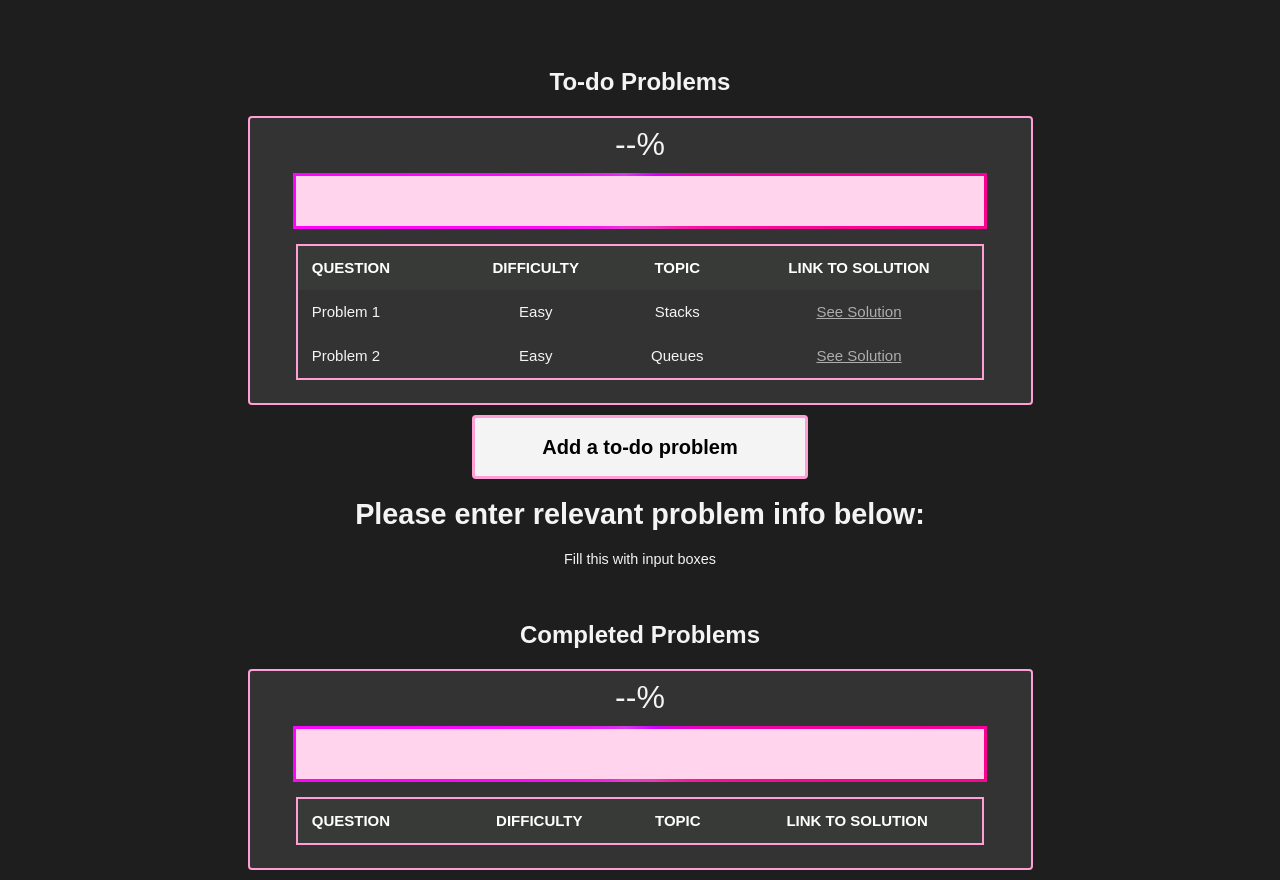
Repository: bbrockbrown/leet-code-tracker
Page: index.html
The author's editor kept a copy of each file at every save. The page is drawn from the files as they stood at one save, then again after the next save.
The browser window is 1280 px wide. The pictures show the whole page.

Above is the page before, as saved 2024-08-02 10:19:04.

### index.html
<!DOCTYPE html>
<html lang="en">
<head>
    <meta charset="UTF-8">
    <meta name="viewport" content="width=device-width, initial-scale=1.0">
    <link rel="stylesheet" href="styles.css">
    <script>src="script.js"</script>
    <title>Document</title>
</head>
<body>
    <div class="main">
        <h1 id="header">Leet Code Problem Tracker</h1>
    </div>

    <div class="tracking-container">
        <div class="tracking-box">
            <h2 class="tracking-title">To-do Problems</h2>
            <div class="todo-tracking">
                <div class="todo-percent">--%</div>
                <div class="progressbar" id="todo-bar"> <!--% Container for progressbar --> </div>
                <table>
                    <tbody>
                        <tr>
                            <th>Question</th>
                            <th>Difficulty</th>
                            <th>Topic</th>
                            <th>Link to Solution</th>
                        </tr>
                        <tr>
                            <td>Problem 1</td>
                            <td class="easy-prob">Easy</td>
                            <td class="topic">Stacks</td>
                            <td class="solution"><a href="">See Solution</a></td>
                        </tr>
                        <tr>
                            <td>Problem 2</td>
                            <td class="easy-prob">Easy</td>
                            <td class="topic">Queues</td>
                            <td class="solution"><a href="">See Solution</a></td>
                        </tr>
                    </tbody>
                </table>
            </div>
            <button id="add-problem-button"><h2>Add a to-do problem</h2></button>
            <div class="popup" id="add-todo-problem">
                <div class="popup-content">
                    <h1>Please enter relevant problem info below:</h1>
                    <p>Fill this with input boxes</p>
                </div>
            </div>
        </div>

        <div class="tracking-box">
            <h2 class="tracking-title">Completed Problems</h2>
            <div class="completed-tracking">
                <div class="completed-percent">--%</div>
                <div class="progressbar" id="completed-bar"> <!--% Container for progressbar --> </div>
                <table>
                    <tbody>
                        <tr>
                            <th>Question</th>
                            <th>Difficulty</th>
                            <th>Topic</th>
                            <th>Link to Solution</th>
                        </tr>
                        <!-- Completed problems rows go here -->
                    </tbody>
                </table>
            </div>
        </div>
    </div>

    <div class="footer">
        <!-- Placeholder!!! -->
    </div>
</body>
</html>

### styles.css
:root {
    --tracking-border-color: rgb(255, 159, 213);
}

@keyframes rotate {
	to {
		--angle: 360deg;
	}
}

@property --angle {
  syntax: '<angle>';
  initial-value: 0deg;
  inherits: false;
}

html, body {
    height: 100%;
    display: flex;
    flex-direction: column;
  }

head {
    display: none;
}

body {
    font-family: Arial, sans-serif;
    background: #1e1e1e;
    margin: 0;
    padding: 0;
    color: #f4f4f4;
    overflow: hidden;
    font-size: 90%;
}

.main {
    text-align: center;
    padding: 24px;
    overflow: hidden;
}

#header {
    font-size: 48px;
    overflow: hidden;
}

.tracking-titles {
    display: flex;
    padding: 8px;
    justify-content: space-around;
}

.tracking-container {
    display: flex;
    flex-flow: row wrap;
    align-items: flex-start;
    justify-content: space-evenly;
    height: 100%;
}

.tracking-box {
    display: flex;
    flex-flow: column nowrap;
    align-items: center;
    text-align: center;
    margin-bottom: 20px;
}

.tracking-title {
    font-size: 24px;
    margin-bottom: 10px;
    color: #f4f4f4;
}

.todo-tracking, .completed-tracking {
    border: 2px solid var(--tracking-border-color);
    border-radius: 4px;
    font-size: 32px;
    text-align: center;
    box-shadow: 8px rgb(255, 159, 213, 0.8);
    height: 100%;
    width: 1000px;
    padding: 8px;
    background-color: #333;
    margin: 10px auto;
    display: inline-block;
    max-width: 75%;
    max-height: 85%;
    overflow-y: auto;
    color: #f4f4f4;
}

.todo-tracking:hover, .completed-tracking:hover {
    filter: brightness(85%);
}

/* progress bar fills more as more complete */
.progressbar {
    width: 90%;
    height: 50px;
    border-radius: 8px;
    background-color: rgb(255, 212, 236);
    margin: 10px auto;
    --angle: 0deg;
    /* FOR FUTURE: make it so user can change border gradient */
    --very-pink: rgb(249, 0, 141);
    --pink: rgb(233, 58, 183);
    --pinkish-purple: rgb(233, 58, 210);
    --magenta: magenta;
    --purple: rgb(213, 58, 233);
    --very-purple: rgb(212, 0, 255);
	border: 3px solid;
	border-image: conic-gradient(from var(--angle), var(--very-pink), var(--pink), var(--pinkish-purple), var(--magenta), var(--purple), var(--very-purple), var(--very-pink)) 1;
	animation: 4s rotate linear infinite;
}

table {
    width: 90%;
    display: table;
    margin: 15px auto;
    border-collapse: collapse;
    transition: box-shadow 0.3s ease-in-out;
    border: 2px solid var(--tracking-border-color);
    border-radius: 10px;
    box-shadow: #1e1e1e;
}

tbody {
    display: table-row-group;
    vertical-align: middle;
    unicode-bidi: isolate;
    border-color: inherit;
    font-size: 15px;
}

tr {
    display: table-row;
    vertical-align: inherit;
    unicode-bidi: isolate;
    border-color: inherit;
}

th {
    color: white;
    text-transform: uppercase;
    background-color: #373a37;
}

th:first-child, td:first-child {
    text-align: left;
}

th, td {
    padding: 8px 14px;
    transition: background-color 0.5s;
    height: 28px;
    border: 0px;
    white-space: nowrap;
}

a {
    text-decoration:underline;
    color: inherit;
}

a:visited {
    color: rgb(173, 173, 173);
}

button {
    border: 3px solid var(--tracking-border-color);
    border-radius: 4px;
    background-color: #f4f4f4;
}

#add-problem-button {
    width: 33%;
    height: auto;
}

After the next save:
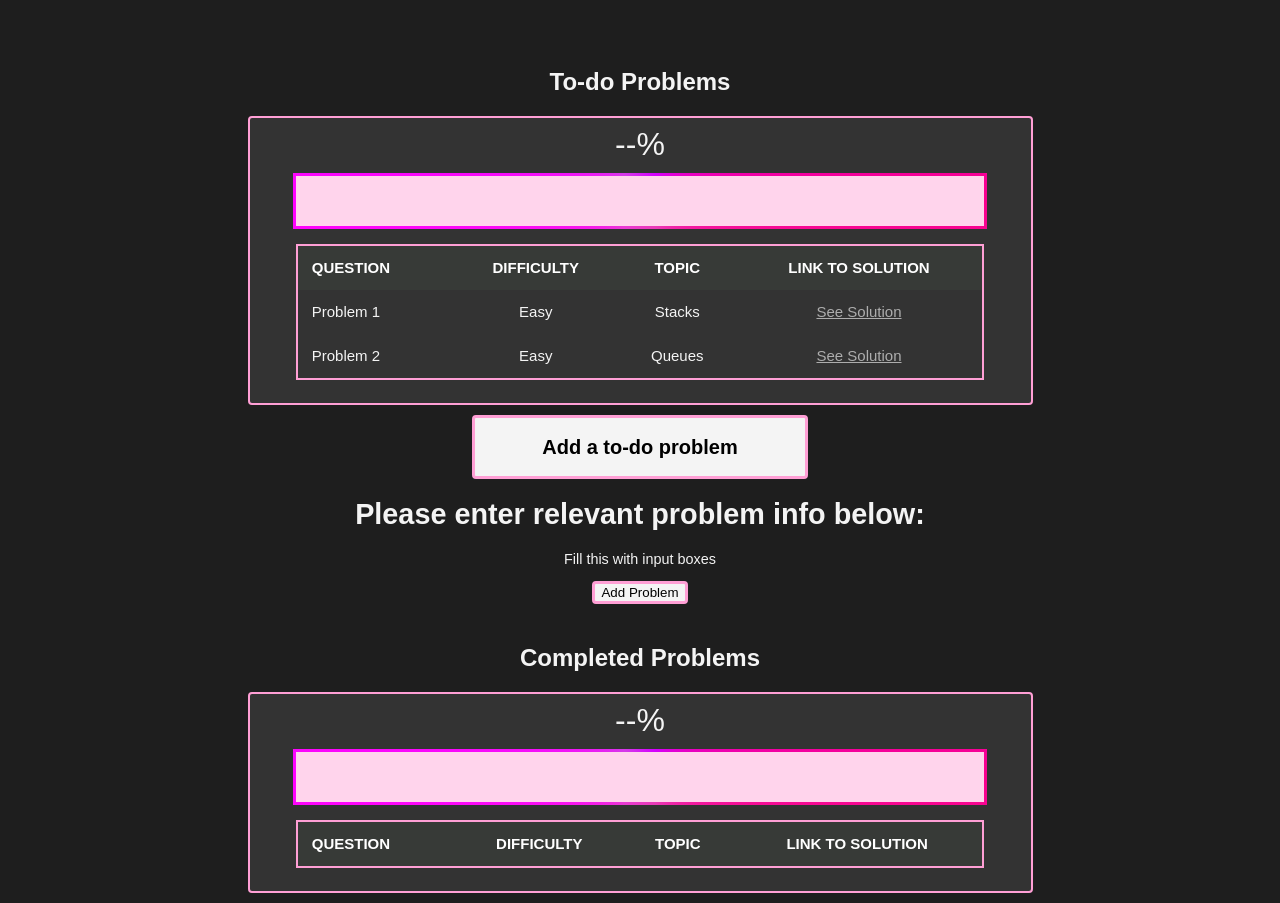
Saved 73 s later.
--- a/index.html
+++ b/index.html
@@ -46,6 +46,7 @@
                 <div class="popup-content">
                     <h1>Please enter relevant problem info below:</h1>
                     <p>Fill this with input boxes</p>
+                    <button id="enter-problem-button">Add Problem</button>
                 </div>
             </div>
         </div>
